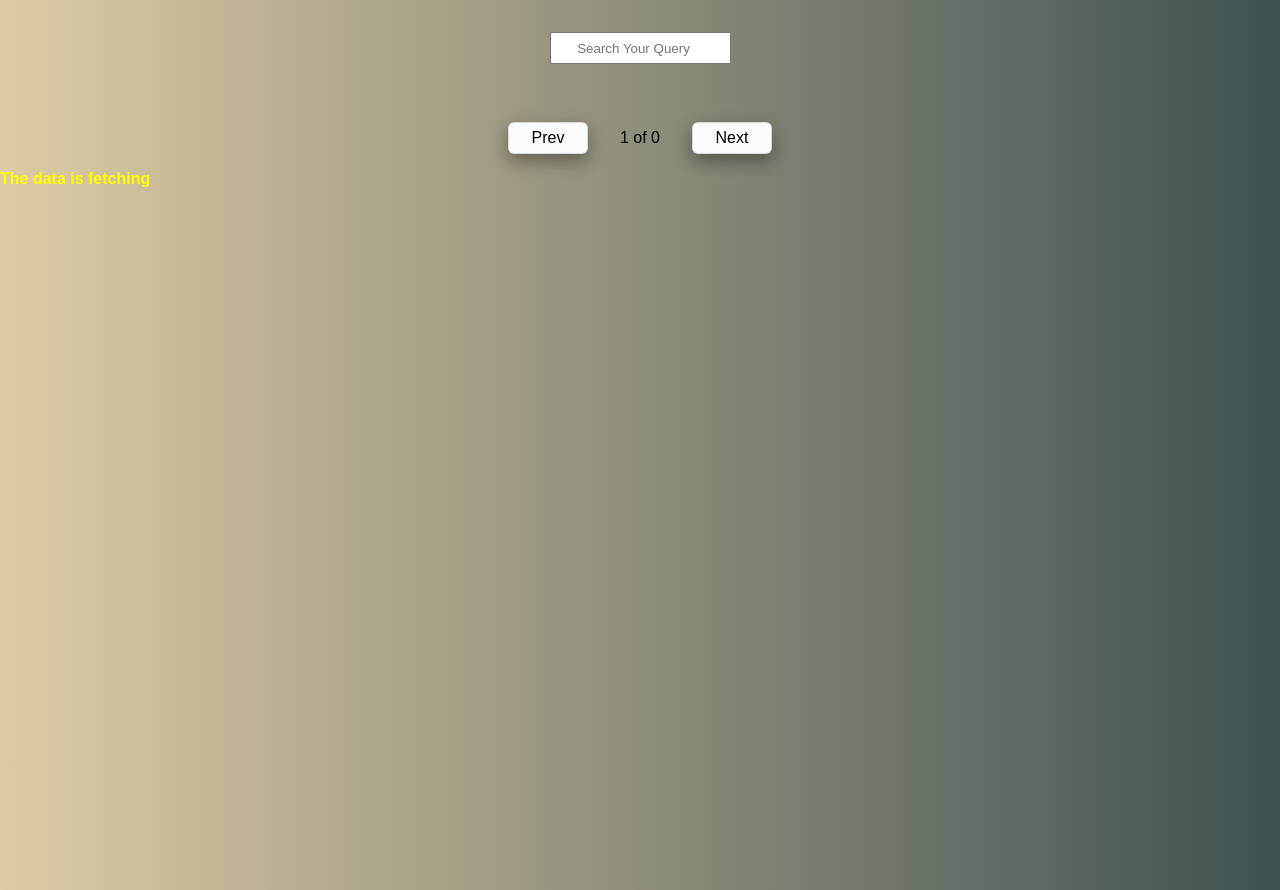
Repository: suraj-yadav7/TechNews
Page: /
An editor plug-in stored every save of this project. The page is shown before and after the next save, followed by the edit.
The browser window is 1280 px wide. The pictures show the whole page.
The page's requests for data from a server got no answer. The project was rebuilt for these pictures with package versions that can differ from the ones it lists, and the page was loaded fresh each time. No one was signed in, and anything a server would have sent is missing.

Above is the page before, as saved 2023-04-28 10:54:10.

After the next save:
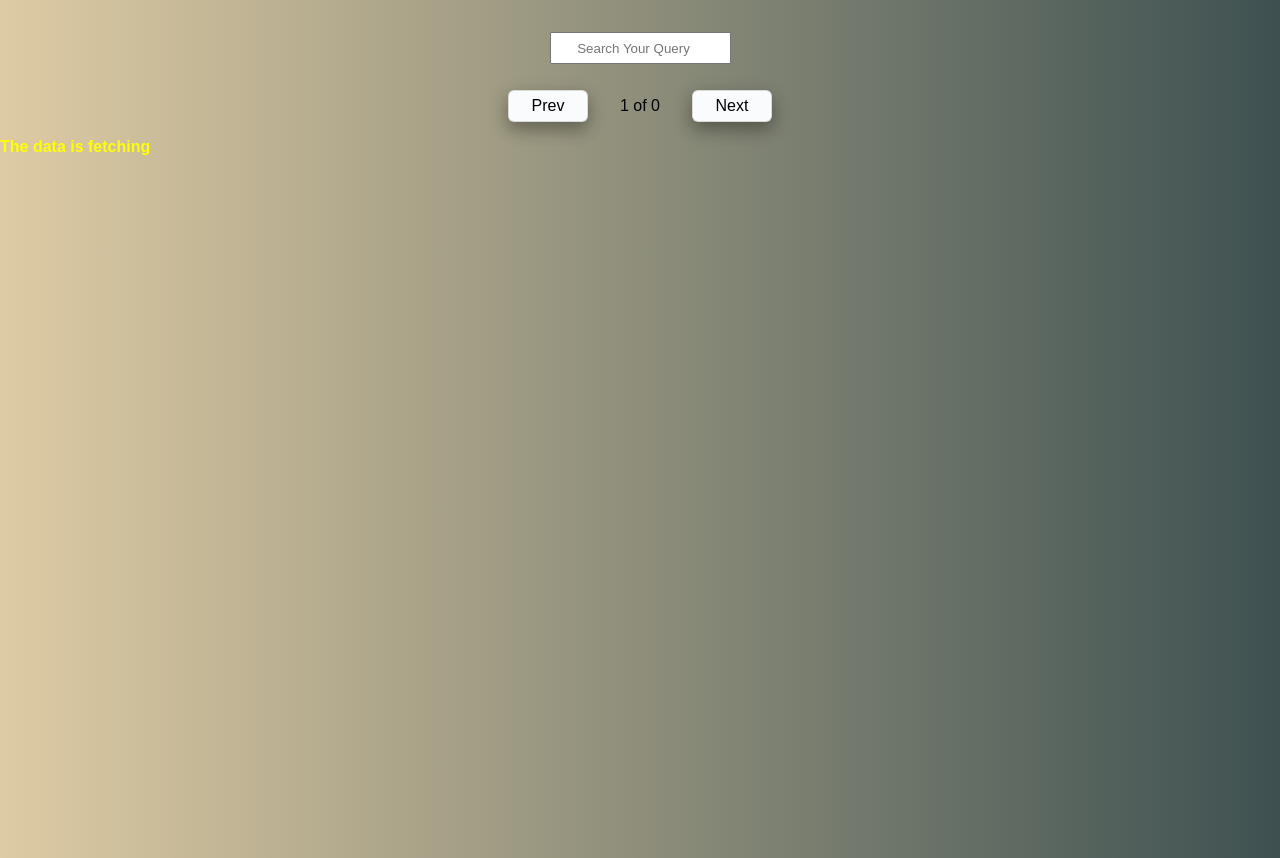
Saved 13 s later.
--- a/src/App.css
+++ b/src/App.css
@@ -16,7 +16,7 @@
 
 }
 .searchInput{
-  margin: 02rem 0;
+  margin-top: 2rem ;
   width: 100%;
   height: 2rem;
   text-align: center;
